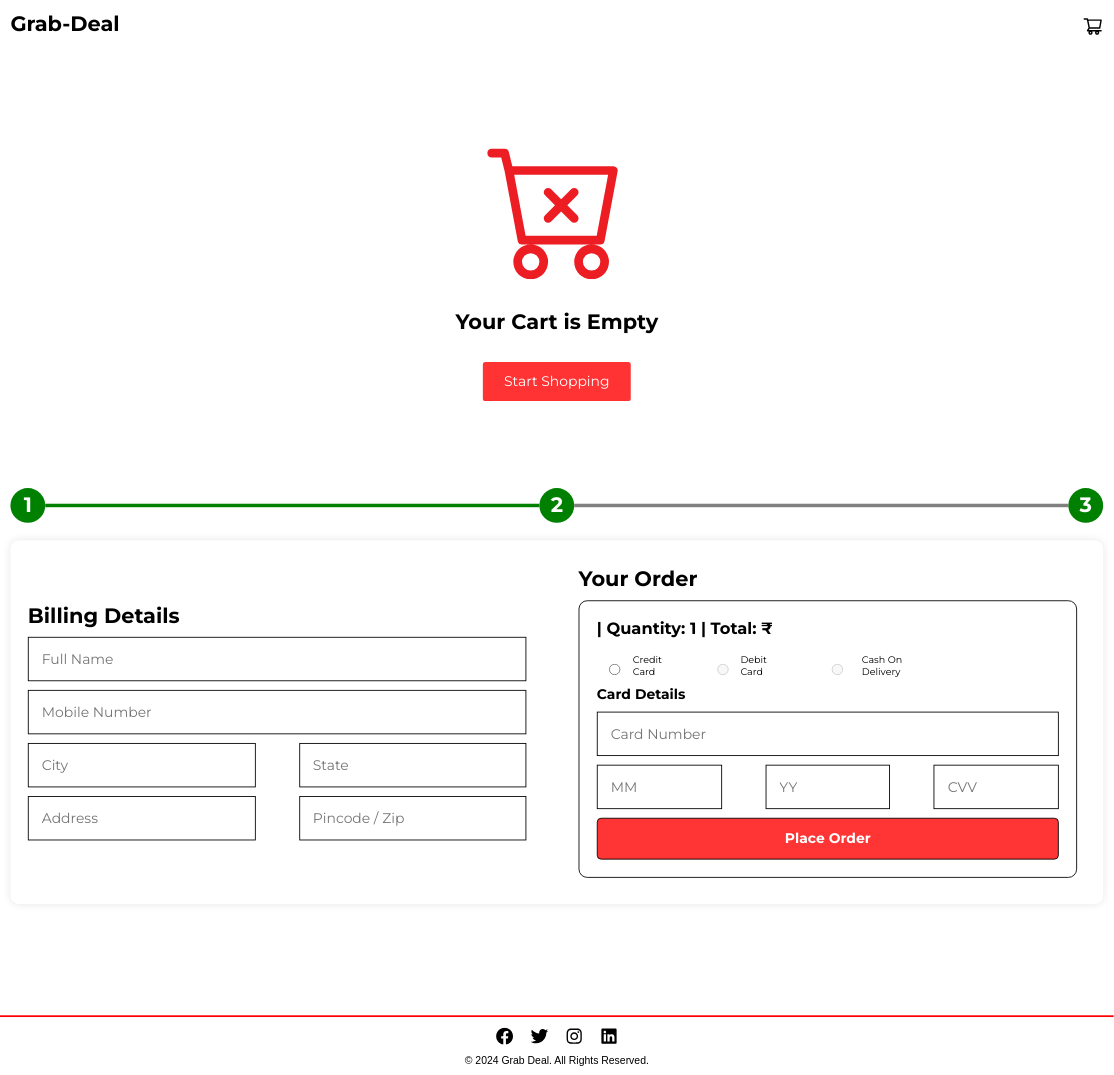
Repository: hlwsatyam/Iphone16Pro
Page: /cart
The author's editor kept a copy of each file at every save. The page is drawn from the files as they stood at one save, then again after the next save.
The browser window is 1280 px wide. The pictures show the whole page, at 87% of full size.
The project was rebuilt for these pictures with package versions that can differ from the ones it lists, and the page was loaded fresh each time. Also part of the build but not shown: src/components/filters/FilterBarOptions.js, src/components/filters/FilterBar.js, src/hooks/useActive.js, src/components/product/ProductCard.js, src/components/common/SectionsHead.js, src/components/common/Services.js, src/pages/AllProducts.js, src/components/common/QuantityBox.js and 15 more.

Above is the page before, as saved 2024-09-28 16:15:37.

### public/index.html
<!DOCTYPE html>
<html lang="en">

<head>
  <meta charset="utf-8" />
  <link rel="icon" href="https://www.reliancedigital.in/medias/Apple-iPhone16ProMax-494423059-i-1-1200Wx1200H-300Wx300H?context=bWFzdGVyfGltYWdlc3wyOTM2MXxpbWFnZS9qcGVnfGltYWdlcy9oM2EvaGEzLzEwMTk1OTA4OTg0ODYyLmpwZ3w2MjMyOGJjMTFhMDRjZjFiNWRkOGU4NjNjZWJiMDUwNWNkNmE0YzdhMjE3MjVjNDRjNWFlMjA0ZDU2MDFjODhk" />
  <meta name="viewport" content="width=device-width, initial-scale=1" />
  <meta name="theme-color" content="#000000" />
  <meta name="description" content="Web site created using create-react-app" />
  <link rel="apple-touch-icon" href="%PUBLIC_URL%/logo192.png" />
  <!--
      manifest.json provides metadata used when your web app is installed on a
      user's mobile device or desktop. See https://developers.google.com/web/fundamentals/web-app-manifest/
    -->
  <link rel="manifest" href="%PUBLIC_URL%/manifest.json" />
  <!--
      Notice the use of %PUBLIC_URL% in the tags above.
      It will be replaced with the URL of the `public` folder during the build.
      Only files inside the `public` folder can be referenced from the HTML.

      Unlike "/favicon.ico" or "favicon.ico", "%PUBLIC_URL%/favicon.ico" will
      work correctly both with client-side routing and a non-root public URL.
      Learn how to configure a non-root public URL by running `npm run build`.
    -->

  <link rel="preconnect" href="https://fonts.googleapis.com" />
  <link rel="preconnect" href="https://fonts.gstatic.com" crossorigin />
  <link href="https://fonts.googleapis.com/css2?family=Montserrat:wght@400;500;600;700&display=swap" rel="stylesheet" />

  <title>Best Discount On I Phone 16 Pro </title>
</head>

<body>
  <noscript>You need to enable JavaScript to run this app.</noscript>
  <div id="root"></div>
  <!--
      This HTML file is a template.
      If you open it directly in the browser, you will see an empty page.

      You can add webfonts, meta tags, or analytics to this file.
      The build step will place the bundled scripts into the <body> tag.

      To begin the development, run `npm start` or `yarn start`.
      To create a production bundle, use `npm run build` or `yarn build`.
    -->
</body>

</html>

### src/styles/style.scss
// Base
@import "./partials/base/variables";
@import "./partials/base/mixins";
@import "./partials/base/reset";
@import "./partials/base/common";


// Components
@import "./partials/components/preloader";
@import "./partials/components/header";
@import "./partials/components/footer";
@import "./partials/components/backtop";
@import "./partials/components/form";
@import "./partials/components/searchbar";
@import "./partials/components/filterbar";
@import "./partials/components/quantity_box";
@import "./partials/components/empty_view";


// Pages
@import "./partials/pages/hero";
@import "./partials/pages/featured";
@import "./partials/pages/products";
@import "./partials/pages/product_details";
@import "./partials/pages/product_summary";
@import "./partials/pages/cart";
@import "./partials/pages/related";
@import "./partials/pages/services";
@import "./partials/pages/error_page";



.testimonial-section {
    background: linear-gradient(135deg, #f06, #f93);
    padding: 50px 0;
    display: flex;
    justify-content: center;
  }

### src/styles/partials/base/_mixins.scss
@mixin dimension($width: auto, $height: auto) {
    width: $width;
    height: $height;
}

@mixin centered {
    display: grid;
    place-items: center;
}

@mixin mx-auto {
    margin-left: auto;
    margin-right: auto;
}

@mixin margin-x($marginLeft, $marginRight) {
    margin-left: $marginLeft;
    margin-right: $marginRight;
}

@mixin margin-y($marginTop, $marginBottom) {
    margin-top: $marginTop;
    margin-bottom: $marginBottom;
}

@mixin padding-x($paddingLeft, $paddingRight) {
    padding-left: $paddingLeft;
    padding-right: $paddingRight;
}

@mixin padding-y($paddingTop, $paddingBottom) {
    padding-top: $paddingTop;
    padding-bottom: $paddingBottom;
}

@mixin img-fit {
    @include dimension(100%, 100%);
    object-fit: cover;
}

@mixin bg-cover {
    background-size: cover;
    background-position: center;
    background-repeat: no-repeat;
}

@mixin pseudo($content: "", $top: 0, $left: 0, $width: auto, $height: auto) {
    content: $content;
    position: absolute;
    top: $top;
    left: $left;
    @include dimension($width, $height);
    pointer-events: none;
}

@mixin bordered($borderWidth, $borderColor) {
    border: $borderWidth solid $borderColor;
}

@mixin flexbox($justifyContent: flex-start, $alignItems: flex-start) {
    display: flex;
    justify-content: $justifyContent;
    align-items: $alignItems;
}

@mixin grid-cols($colsCount, $colsWidth, $gap) {
    grid-template-columns: repeat($colsCount, $colsWidth);
    gap: $gap;
}

@mixin transition($prop: all, $duration, $timingFn: ease) {
    transition: $prop $duration $timingFn;
}

@mixin toggleVisibility($visibility, $opacity) {
    visibility: $visibility;
    opacity: $opacity;
}


// mixin for media-queries

@mixin devices($breakpoint) {

    @if $breakpoint==xl {
        @media (max-width: 1399.98px) {
            @content;
        }
    }

    @else if $breakpoint==lg {
        @media (max-width: 1023.98px) {
            @content;
        }
    }

    @else if $breakpoint==md {
        @media (max-width: 767.98px) {
            @content;
        }
    }

    @else if $breakpoint==sm {
        @media (max-width: 639.98px) {
            @content;
        }
    }

    @else if $breakpoint==xs {
        @media (max-width: 479.98px) {
            @content;
        }
    }
}

### src/styles/partials/components/_preloader.scss
#preloader {
    width: 100%;
    min-height: 100vh;
    background-color: var(--bg-color);
    position: fixed;
    top: 0;
    left: 0;
    z-index: 9999;
    @include centered;
}

.loader {
    @include dimension(12.5rem, 12.5rem);
    border-radius: 50%;
    box-shadow: 1px 8px 8px var(--main-color);
    animation: spin 1.4s linear infinite;
}

@keyframes spin {
    0% {
        transform: rotate(0deg);
    }

    100% {
        transform: rotate(360deg);
    }
}

.loader_text {
    position: absolute;
    top: 50%;
    left: 50%;
    transform: translate(-50%, -50%);
    animation: text 1s linear infinite alternate;
}

@keyframes text {
    0% {
        opacity: 0.4;
    }

    100% {
        opacity: 1;
    }
}

### src/styles/partials/components/_header.scss
#header {
    position: fixed;
    top: 0;
    left: 0;
    z-index: 99;
    width: 100%;
    @include padding-y(0.8rem, 0.8rem);
    @include transition(background-color, 0.2s, linear);

    &.sticky {
        background-color: white;
    }
}

.navbar {
    @include flexbox(space-between, center);
}

.nav_logo {
    @include devices(xs) {
        font-size: 1.2rem;
    }
}

.nav_actions {
    @include flexbox($alignItems: center);
    gap: 3rem;
    font-size: 1.5rem;

    @include devices(xs) {
        gap: 2.5rem;
        font-size: 1.2rem;
    }
}

.search_action,
.cart_action,
.user_action {
    position: relative;
}

.search_action,
.cart_action {
    &:hover .tooltip {
        @include toggleVisibility(visible, 1);
    }
}

.search_action,
.user_action {
    span {
        cursor: pointer;
    }
}

.cart_action {

    .badge {
        @include centered;
        @include dimension(20px, 20px);
        position: absolute;
        top: 0;
        right: -20px;
        background-color: var(--main-color-2);
        border-radius: 50%;
    }
}

.user_action {

    .dropdown_menu {
        position: absolute;
        top: 50px;
        right: 0;
        width: 17.5rem;
        background-color: var(--bg-color-2);
        padding: 1.4rem;
        font-size: 0.9rem;
        border-radius: 3px;
        @include bordered(1px, var(--text-muted));
        @include toggleVisibility(hidden, 0);
        @include transition(all, 0.2s, ease-in-out);

        h4 {
            font-weight: 600;
            letter-spacing: 0.5px;

            a {
                color: var(--main-color);
                opacity: 0.95;

                &:hover {
                    opacity: 1;
                }
            }
        }

        p {
            font-size: 0.8rem;
            margin-top: 0.5rem;
        }

        button {
            margin-top: 1rem;
            padding: 0.8rem 1rem;
            @include bordered(1px, var(--text-muted));
            @include transition(all, 0.3s, ease);

            &:hover {
                color: #eee;
                border-color: #eee;
            }
        }

        li {
            &:not(:last-child) {
                margin-bottom: 0.5rem;
            }

            a:hover {
                color: #eee;
            }
        }
    }

    &:hover .dropdown_menu {
        @include toggleVisibility(visible, 1);
    }
}

### src/styles/partials/components/_footer.scss
#footer {
    background-color: var(--black-color);
    @include padding-y(3rem, 2rem);

    .separator {
        @include margin-y(2.5rem, 2rem);
        opacity: 0.7;
    }
}

.footer_wrapper {
    grid-template-columns: 1.4fr repeat(3, 1fr);
    justify-items: center;
    gap: 2rem;

    @include devices(md) {
        grid-template-columns: 1.4fr 1fr;
        justify-items: unset;
        gap: 4rem;
    }

    @include devices(xs) {
        grid-template-columns: 1fr;
        gap: 3rem;
    }
}

.foot_subs {
    p {
        @include margin-y(1rem, 1rem);
        font-size: 0.875rem;
        opacity: 0.9;
    }

    .btn {
        margin-top: 1rem;
    }
}

.foot_menu {
    ul {
        margin-top: 1.8rem;
        display: grid;
        gap: 1rem;

        a {
            font-size: 0.9rem;
            opacity: 0.8;

            &:hover {
                opacity: 1;
            }
        }
    }
}

.sub_footer_wrapper {
    @include flexbox(space-between, center);

    @include devices(md) {
        @include flexbox();
        flex-direction: column-reverse;
        gap: 2rem;
    }
}

.foot_copyright {
    font-size: 0.95rem;

    a {
        color: #eee;
        opacity: 0.8;

        &:hover {
            opacity: 1;
        }
    }
}

.foot_social {
    @include flexbox();
    gap: 2rem;
    font-size: 1.2rem;
    margin-right: 4rem;
}

### src/styles/partials/components/_searchbar.scss
#searchbar {
    display: grid;
    grid-template-columns: 0.5fr;
    justify-content: center;
    align-items: start;

    @include devices(lg) {
        grid-template-columns: 0.8fr;
    }

    @include devices(sm) {
        grid-template-columns: 1fr;
    }
}

.searchbar_content {
    margin: 3rem 1rem;
}

.search_box {
    display: flex;
    gap: 0.4rem;

    .input_field {
        background-color: var(--bg-color);
    }

    .btn {
        font-size: 1.5rem;

        &[disabled] {
            pointer-events: none;
            opacity: 0.7;
        }
    }
}

.search_results {
    background-color: var(--bg-color);
    display: grid;
    justify-items: flex-start;
    gap: 1rem;
    margin-top: 1rem;
    max-height: 300px;
    overflow-y: auto;
    padding: 1rem;
    border: 1px solid var(--text-muted);
    scrollbar-width: none;

    a {
        cursor: pointer;
        @include transition(color, 0.3s);

        &:hover {
            color: var(--main-color-2);
        }
    }

    &::-webkit-scrollbar {
        display: none;
    }
}

### src/styles/partials/components/_quantity_box.scss
.quantity_box {
    display: inline-flex;
    align-items: center;
    @include bordered(1px, #444);
    border-radius: 3px;
    user-select: none;
    overflow: hidden;

    button {
        @include dimension(3.125rem, 2.25rem);
        background-color: red;
        @include transition(color, 0.2s);

        &:hover {
            color: #eee;
        }

        &[disabled] {
            cursor: not-allowed;
            color: var(--text-muted);
        }
    }
}

.quantity_count {
    @include dimension(3.75rem, 2.25rem);
    color: red;
    font-size: 1.4rem;
    line-height: 2.25rem;
    font-weight: bold;
    text-align: center;
}

### src/styles/partials/pages/_hero.scss
#hero {
    min-height: 100vh;
    @include centered;

    .swiper {
        @include dimension(100%, 100%);
        @include padding-x(0.75rem, 0.75rem);
        @include padding-y(5rem, 5rem);
    }

    .swiper-pagination {
        bottom: 30px;
    }
}

.hero_wrapper {
    position: relative;
    @include grid-cols(2, 0.4fr, 2rem);
    place-content: center;
    place-items: center;

    &::before {
        @include pseudo($top: 10%);
        font-size: 15rem;
        font-weight: 700;
        opacity: 0.05;

        @include devices(xl) {
            font-size: 12rem;
        }

        @include devices(sm) {
            font-size: 8rem;
        }
    }

    &.hero_slide-0::before {
        content: "Over Ear";
    }

    &.hero_slide-1::before {
        content: "In Ear";
    }

    &.hero_slide-2::before {
        content: "Over Ear";
    }

    @include devices(lg) {
        grid-template-columns: 0.7fr;
        gap: 4rem;
    }

    @include devices(sm) {
        grid-template-columns: 0.9fr;
        gap: 2rem;
    }
}

.hero_item_txt,
.hero_item_img {
    position: relative;
}

.hero_item_txt {
    text-shadow: var(--text-shadow);

    h1 {
        font-size: 3rem;
        text-transform: capitalize;
        word-spacing: 3px;
        @include margin-y(0.8rem, 1rem);

        @include devices(xl) {
            font-size: 2.4rem;
        }

        @include devices(sm) {
            font-size: 1.8rem;
        }

        @include devices(xs) {
            font-size: 1.5rem;
        }
    }

    h3 {
        font-size: 1.3rem;
        font-weight: 600;

        @include devices(sm) {
            font-size: 1rem;
        }
    }

    .hero_price {
        @include margin-y(2rem, 3rem);

        @include devices(sm) {
            @include margin-y(1.5rem, 2rem);
        }
    }

}

.hero_item_img {
    overflow: hidden;

    img {
        @include img-fit;
    }

    @include devices(lg) {
        grid-row: 1;
    }

    @include devices(sm) {
        max-width: 18rem;
        width: 75%;
    }
}

### src/styles/partials/pages/_products.scss
.products_wrapper {
    @include grid-cols(4, 1fr, 0.7rem);

    @include devices(lg) {
        @include grid-cols(3, 1fr, 0.7rem);
    }

    @include devices(md) {
        @include grid-cols(2, 1fr, 0.6rem);
    }

    @include devices(xs) {
        grid-template-columns: 1fr;
    }
}

.products_filter_tabs {
    @include margin-y(3rem, 5rem);
}

.products_card {
    @include bordered(1px, rgba($color: #ffffff, $alpha: 0.4));
    border-radius: 3px;
    box-shadow: 0px 5px 10px rgba($color: #000000, $alpha: 0.5);
    overflow: hidden;

    &.browse_card {
        @include centered;
        @include padding-y(5rem, 5rem);
        font-size: 1.5rem;

        a {
            @include transition(color, 0.3s);

            &:hover {
                color: #eee;
            }
        }
    }
}

.products_img {
    background: var(--bg-color-2);
    text-align: center;
    padding: 1rem;
    overflow: hidden;

    img {
        width: 70%;
        @include transition(transform, 0.25s, ease);

        &:hover {
            transform: scale(1.05);
        }
    }
}

.products_details {
    padding: 1rem;
}

.products_title {
    @include margin-y(0.8rem, 0.4rem);
}

.products_info {
    opacity: 0.8;
    font-weight: 500;
}

.products_btn {
    width: 100%;
    margin-top: 1.2rem;

    &.active {
        background-color: green;
    }

    &[disabled] {
        cursor: not-allowed;
    }
}


/*------ All-Products Page ------*/
#all_products {
    padding-top: 8rem;
    display: grid;
    grid-template-columns: 240px 1fr;

    @include devices(lg) {
        grid-template-columns: 1fr;
    }

    .products_wrapper {
        @include devices(xl) {
            @include grid-cols(3, 1fr, 0.7rem);
        }

        @include devices(md) {
            @include grid-cols(2, 1fr, 0.6rem);
        }

        @include devices(xs) {
            grid-template-columns: 1fr;
        }
    }
}

### src/styles/partials/pages/_product_summary.scss
.prod_summary_details {
    margin-top: 4rem;

    ul {
        display: grid;
        gap: 2rem;
    }
}

.prod_specs {

    ul {
        grid-template-columns: 0.4fr;

        li {
            @include flexbox(space-between, center);

            span {
                &:last-child {
                    font-weight: 600;
                }
            }
        }

        @include devices(lg) {
            grid-template-columns: 1fr;
        }
    }
}

.prod_overview {

    h3 {
        font-weight: 600;
        word-spacing: 0.6px;
        line-height: 1.5;

        span {
            color: var(--main-color-2);
        }
    }

    ul {
        gap: 1.2rem;
        list-style-type: disc;
        margin-left: 1rem;
        @include margin-y(2rem, 2rem);
    }

    p {
        line-height: 2;
    }
}

.prod_reviews {

    ul {
        gap: 3rem;
    }

    .user_info {
        display: flex;
        align-items: center;
        gap: 1rem;

        img {
            @include dimension(50px, 50px);
            border-radius: 50%;
        }

        .user_ratings {
            display: flex;
            align-items: center;
            gap: 0.5rem;
            margin-top: 0.5rem;

            .date {
                color: var(--text-muted);
                font-size: 0.95rem;
            }
        }
    }

    .user_review {
        margin-top: 1rem;
    }
}

### src/components/Extra/Checkout.jsx
import React from "react";
import TopLine from "./checkOutComp/TopLine";
import LargeArea from "./checkOutComp/LargeArea";

function Checkout() {
  return (
    <div className="container" >
      <TopLine />
      <LargeArea />
    </div>
  );
}

export default Checkout;

### src/components/Extra/checkOutComp/TopLine.jsx
import React from "react";

function TopLine() {
  const styles = {
    container: {
      display: "flex",
      marginTop: "100px",
      justifyContent: "space-between",
      alignItems: "center",
    },
    span: {
      width: "20px",
      height: "20px",
      backgroundColor: "gray",
      backgroundColor: "green",
      color: "white",
      borderRadius: "50%",
      display: "flex",
      fontSize: "24px",
      fontWeight: 700,
      padding: "20px", // Adjust padding to balance size
      justifyContent: "center",
      alignItems: "center",
    },
    span3: {
      width: "20px",
      height: "20px",

      backgroundColor: "green",
      color: "white",
      borderRadius: "50%",
      display: "flex",
      fontSize: "24px",
      fontWeight: 700,
      padding: "20px", // Adjust padding to balance size
      justifyContent: "center",
      alignItems: "center",
    },

    line: {
      width: "100%",
      height: "4px",
      backgroundColor: "green",
    },
    line2: {
      width: "100%",
      height: "4px",
      backgroundColor: "gray",
    },

  };

  return (
    <div style={styles.container}>
      <span style={styles.span}>1</span>
      <div style={styles.line}></div> {/* Central line between spans */}
      <span style={styles.span}>2</span>
      <div style={{...styles.line, ...styles.line2}}></div>{" "}
      {/* Central line between spans */}
      <span style={{...styles.span,...styles.span3}}>3</span>
    </div>
  );
}

export default TopLine;

### src/components/Extra/LargeArea.css
.largeArea {
  display: flex;
  justify-content: space-between;
  align-items: center;
  gap: 50px;
  flex-wrap: wrap;
  margin-top: 20px;
  border-radius: 10px;
  box-shadow: 0px 0px 10px rgba(0, 0, 0, 0.1);
  padding: 20px;

  input {
    width: 100%;
    padding: 15px 15px;
    border: 1px solid black;
    margin-top: 10px;
  }
}

.left-area {
  flex: 1;
}
.right-area {
  flex: 1;

  padding: 10px;

  button {
    width: 100%;
    padding: 15px 15px;
    border: 1px solid black;
    margin-top: 10px;
    background-color: #ff3535;
    color: white;
    border-radius: 5px;
    cursor: pointer;
    font-weight: bold;
    font-size: 16px;
    transition: all 0.3s ease-in-out;
    &:hover {
      background-color: #ff3535;
      color: white;
      border: 1px solid white;
    }
  }
}

.error-message {
  color: red;
  margin-top: 10px;
}

.card-selection {
  display: flex;

  align-items: center;
  gap: 50px;
  margin-bottom: 10px;
  p {
    display: flex;
    justify-content: space-between;
    align-items: center;
    font-size: 11px;
  }
}

.t1 {
  margin-top: 10px;
  font-weight: 700;
}

.expiry-date {
  display: flex;
  justify-content: space-between;
  align-items: center;
  gap: 50px;
  input {
    width: 50%;
  }
}

.city-state {
  display: flex;
  justify-content: space-between;
  align-items: center;
  gap: 50px;

  input {
    input {
      width: 40%;
    }
  }
}

.right-container {
  margin-top: 10px;
  border: 1px solid black;
  padding: 20px;
  border-radius: 10px;

  .qunt {
    margin-bottom: 17px;
  }
}

Loaded but not shown: src/App.js (common file); src/reportWebVitals.js (common file); src/styles/partials/base/_variables.scss (common file); src/styles/partials/base/_reset.scss (common file); src/styles/partials/components/_backtop.scss (common file); src/styles/partials/components/_empty_view.scss (common file); src/styles/partials/pages/_featured.scss (common file); src/styles/partials/pages/_related.scss (common file); src/styles/partials/pages/_services.scss (common file); src/styles/partials/pages/_error_page.scss (common file); src/data/headerData.js (common file); src/hooks/useScrollRestore.js (common file); src/hooks/useOutsideClose.js (common file); src/hooks/useScrollDisable.js (common file); src/components/common/EmptyView.js (common file); src/data/productsData.js (165 lines, source omitted); src/components/form/AccountForm.js (145 lines, source omitted); src/components/common/Footer.js (162 lines, source omitted); src/contexts/filters/filtersContext.js (199 lines, source omitted); src/pages/Cart.js (105 lines, source omitted); src/components/common/Header.js (104 lines, source omitted); src/components/common/SearchBar.js (87 lines, source omitted); src/contexts/filters/filtersReducer.js (108 lines, source omitted); src/data/servicesData.js (90 lines, source omitted); src/contexts/cart/cartReducer.js (72 lines, source omitted); src/contexts/common/commonContext.js (67 lines, source omitted); src/contexts/cart/cartContext.js (64 lines, source omitted); src/routes/RouterRoutes.js (31 lines, source omitted); src/hooks/useForm.js (34 lines, source omitted); src/components/common/BackTop.js (41 lines, source omitted); src/data/filterBarData.js (63 lines, source omitted); src/contexts/common/commonReducer.js (37 lines, source omitted); src/index.js (22 lines, source omitted); src/helpers/utils.js (26 lines, source omitted); src/hooks/useDocTitle.js (15 lines, source omitted); src/components/Extra/checkOutComp/LargeArea.jsx (271 lines, source omitted); src/styles/partials/base/_common.scss (197 lines, source omitted); src/styles/partials/components/_filterbar.scss (169 lines, source omitted); src/styles/partials/components/_form.scss (130 lines, source omitted); src/styles/partials/pages/_product_details.scss (154 lines, source omitted); src/styles/partials/pages/_cart.scss (146 lines, source omitted)

After the next save:
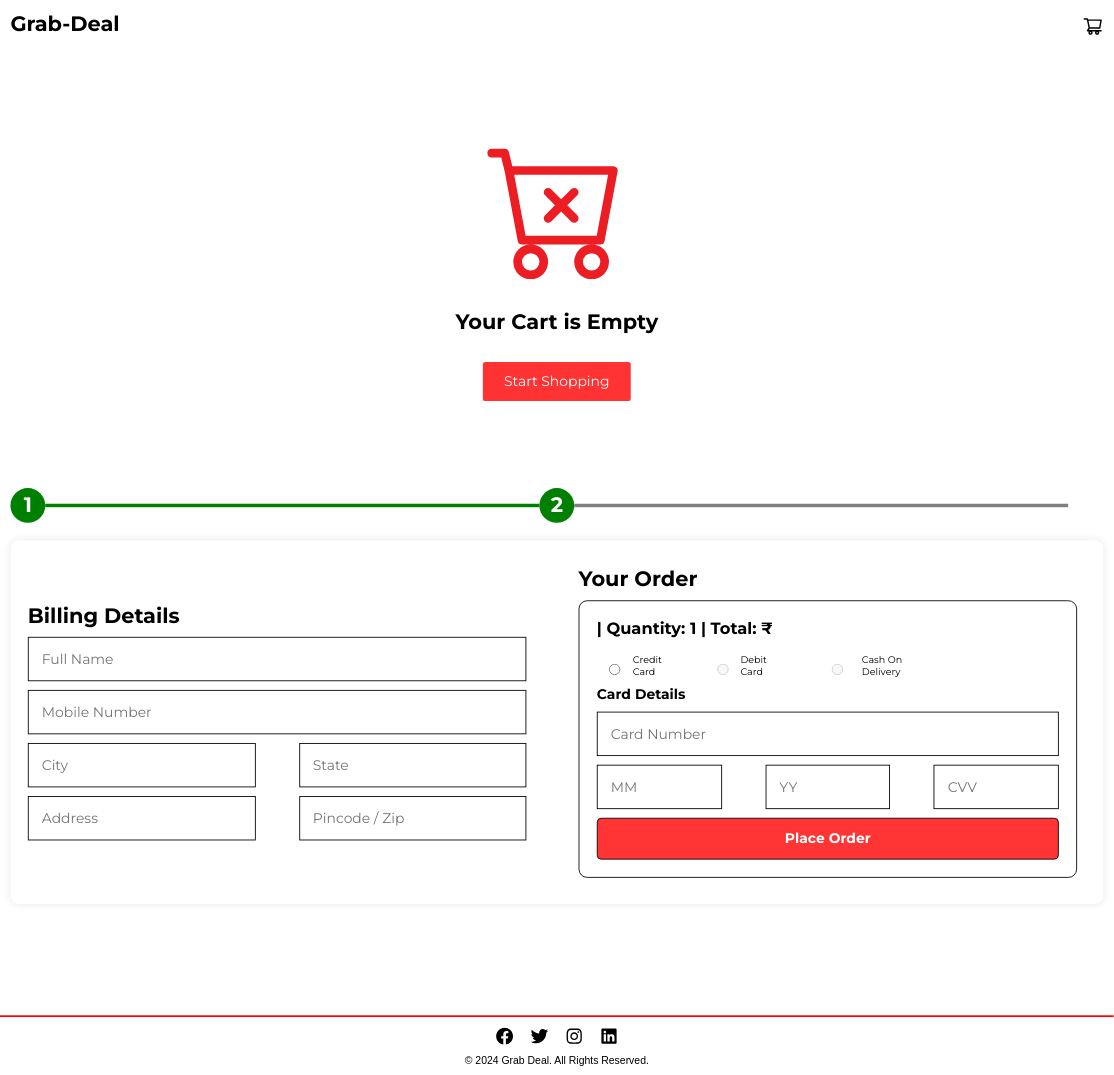
Saved 5 s later.
--- a/src/components/Extra/checkOutComp/TopLine.jsx
+++ b/src/components/Extra/checkOutComp/TopLine.jsx
@@ -26,7 +26,7 @@ function TopLine() {
       width: "20px",
       height: "20px",
 
-      backgroundColor: "green",
+      backgroundColor: "white",
       color: "white",
       borderRadius: "50%",
       display: "flex",
